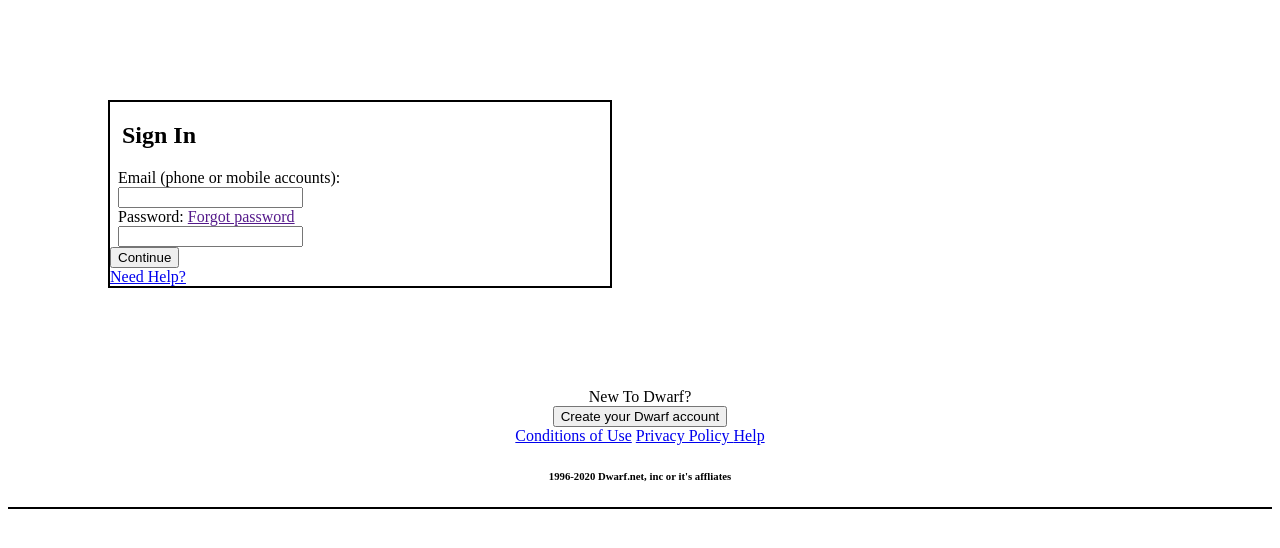
Repository: brittmarie333/replica
Page: index.html
The author's editor kept a copy of each file at every save. The page is drawn from the files as they stood at one save, then again after the next save.
The browser window is 1280 px wide. The pictures show the whole page.

Above is the page before, as saved 2024-05-27 12:50:19.

After the next save:
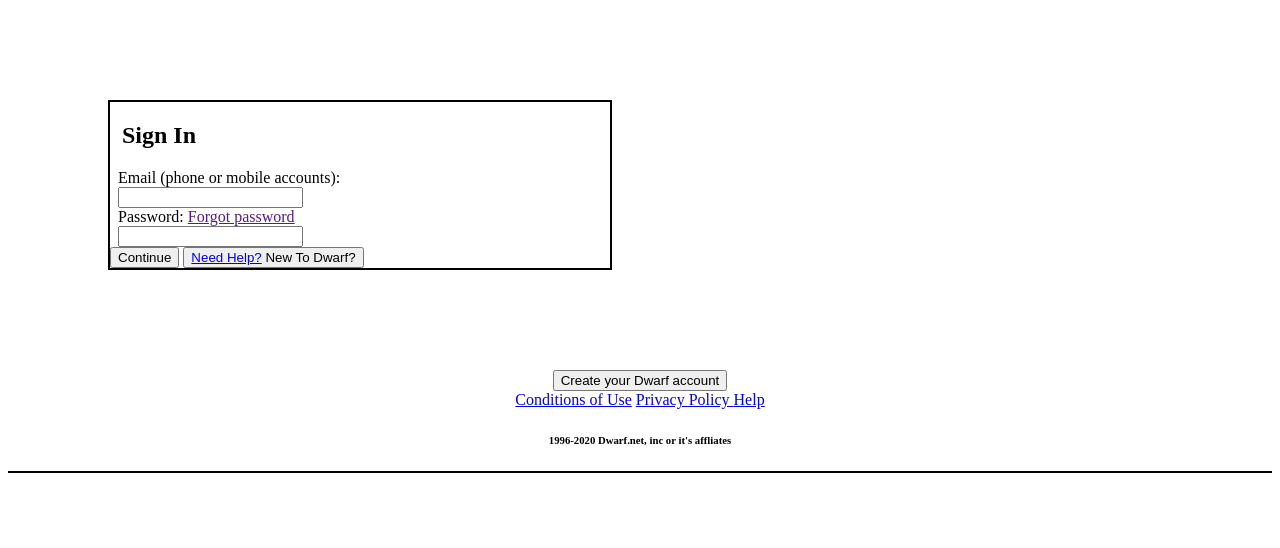
Saved 7 s later.
--- a/index.html
+++ b/index.html
@@ -15,7 +15,7 @@
         <label for="pword">&ensp;Password: </label> <text align="right"><a href="">Forgot password</a></text><br>
         &ensp;<input type="text" id="lname" name="lname" ><br>
         <button>Continue</button>
-
+        <button style
         <br>
         <a href="http">Need Help?</a>
       </form>

After the 2 saves that followed:
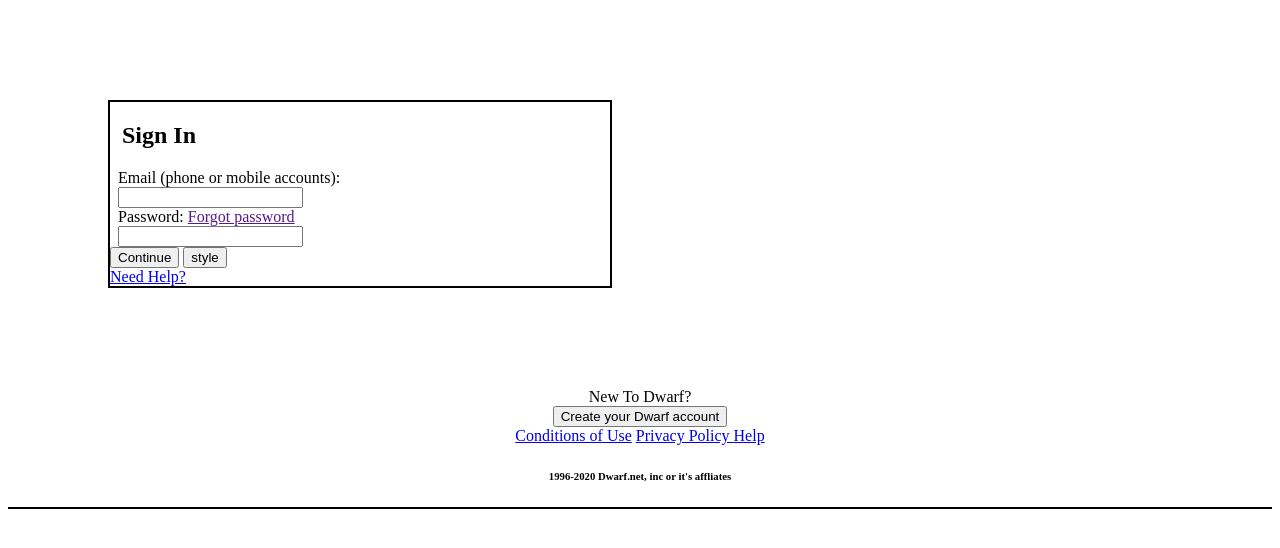
The 2 saves are shown as one change because 1 left the picture as it was.
The last was saved 18 s later.
--- a/index.html
+++ b/index.html
@@ -15,7 +15,7 @@
         <label for="pword">&ensp;Password: </label> <text align="right"><a href="">Forgot password</a></text><br>
         &ensp;<input type="text" id="lname" name="lname" ><br>
         <button>Continue</button>
-        <button style
+        <button> style</button>
         <br>
         <a href="http">Need Help?</a>
       </form>
